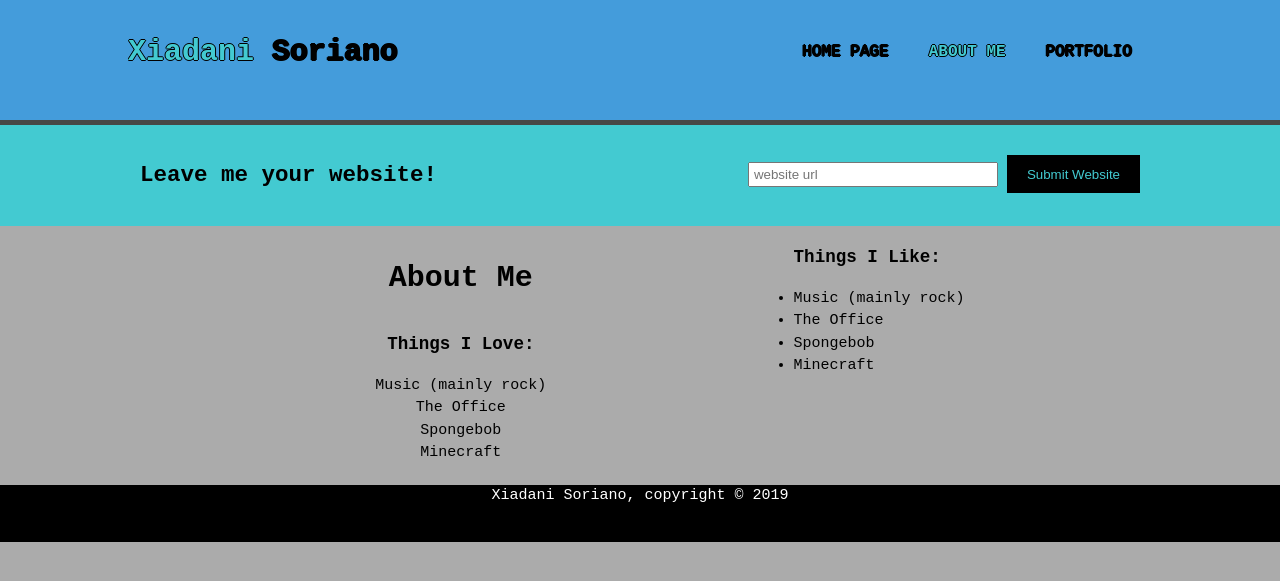
Repository: XiadaniSoriano/XiadaniSoriano2.github
Page: aboutme.html
The author's editor kept a record of every edit. The page is drawn from the files as they stood at one moment, then again after the next edit.
The browser window is 1280 px wide. The pictures show the whole page.

Above is the page before.

After the next edit:
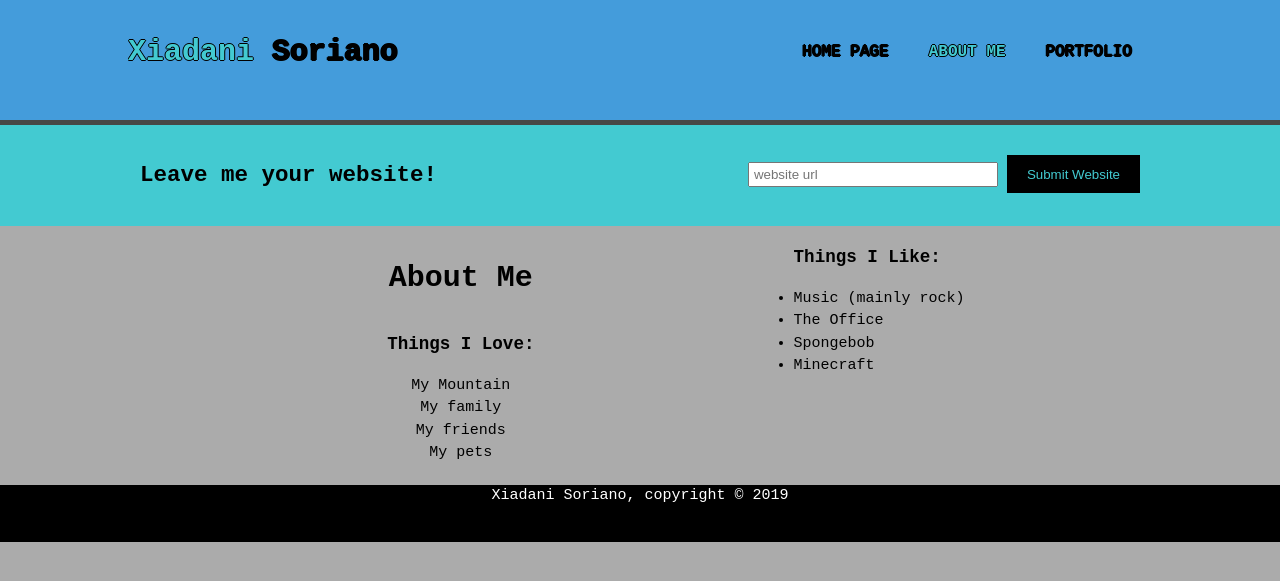
The edit:
--- a/aboutme.html
+++ b/aboutme.html
@@ -44,10 +44,10 @@
                     <h1 class="page-title"> About Me </h1>
                     <h3 class="list-heads"> Things I Love: </h3>
                     <ul>
-                        <li> Music (mainly rock) </li>
-                        <li> The Office </li>
-                        <li> Spongebob </li>
-                        <li> Minecraft </li>
+                        <li> My Mountain </li>
+                        <li> My family </li>
+                        <li> My friends </li>
+                        <li> My pets </li>
                     </ul>
                 </article>
 
